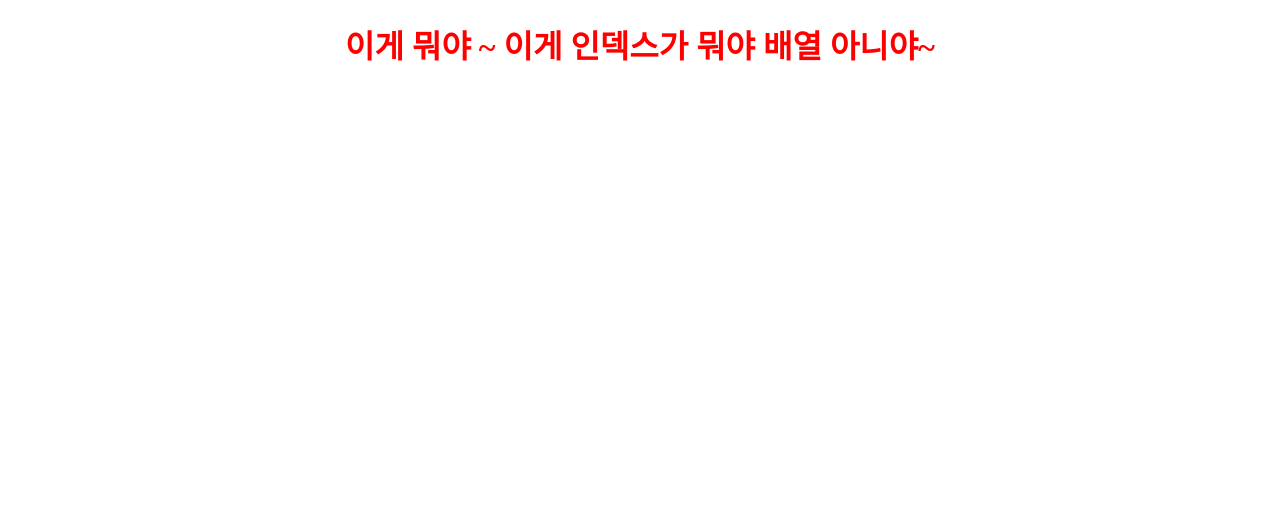
Repository: ajungeul93-rgb/09-22-server-workspace
Page: MyFirstWebProject/src/main/webapp/index.html
These files come from the project's save history. The page is drawn as it stood at one moment and after the next save; the edit follows.
The browser window is 1280 px wide. The pictures show the whole page.

Above is the page before, as saved 2025-09-22 07:10:27.

### MyFirstWebProject/src/main/webapp/index.html
<!DOCTYPE html>
<html>
<head>
<meta charset="UTF-8">
<title>안녕하세요 인 덱스 입니다.</title>
<style>
h1 {
	color: red;
	text-align: center;
}
</style>
</head>
<body>
	<!--
		1) 새로운 워크스페이스를 만들어서 이클립스로 열기

		2) 작업 환경 구성

			2_1) 보여질 U.I를 구성

			2_2) 서버 실행환경 구성[Window - Preferences]
			(Server - Runtime Environments)
			이클리스 상에서 서버를 실행 할 수 있도록 실행환경을 연동하는 과정

			(1) Add버튼 클릭
			(2) 설치한 ApacheTomcat과 동일한 버전 선택
			(3) Next버튼 클릭
			(4) Browser버튼 클릭
			(5) 설치한 톰캣 폴더 선택
			(6) Finish버튼 클릭

		3) 서버 생성하기

			3_1) [Servers] - [New] - [Server]

			3_2) 창에 기본적으로 2_2에서 세팅해놓은 Runtime이 잡혀 있음

			3_3) Finish버튼 클릭

			3_4) 서버 세팅하기(만들어진 서버 더블클릭)

				3_4_1) 왼쪽 하단에 ServerOption탭에 Serve Module Publishing 체크
				=> file upload / download 경로 지정이 운영체제 상 숨김폴더로 지정

				3_4_2) 포트번호를 바꿔야 한다면 재설정 => 작업이 끝나면 반드시 저장

		4) Dynamic Web Project만들기 [Project Explorer - new]

			4_1) 프로젝트명 신중하게 만들기 - Next

			4_2) Default output folder 경로 재설정 :
				src/main/webapp/WEB-INF/classes
				=> classes라는 폴더 안에 컴파일이 끝난 .class파일이 들어감
				WEB-INF안에 만들지 않으면 외부에서 접근이 가능하기 때문에 보안상 위험

			4_3) Context root : 애플리케이션만의 고유한 이름으로 지어줄 것(기본값 : 프로젝트명)
			재정의해서 쓰는것이 보편적이고 실제로 자주 바뀔수 있음
			=> 하나의 서버로 여러 개의 애플리케이션을 구동할 수 있음
			고유한 이름을 통해 애플리케이션에 접근하는 경로로 사용할수 있음

			Content Directory : 실제로 배포되는 폴더(서버에 올라가는 폴더)의 최상위 폴더명!
			=> 변경 시 default output folder로 돌아가서 그쪽도 변경해야함

			Generate web.xml deployment descriptor : 기본적으로는 체크가 안돼있음
			=> web.xml에는 애플리케이션 전체 정보가 들어있음(메인페이지 지정)
			굳이 바꿀 일 없어~ 하면은 안만들어도 무방
			혹시나 수정을 할 수도 있고 공부를 해야하니깐 꼭 만들자!

			Finish 버튼 클릭

		5) 새로 만들어진 Project 확인하기

			5_1) src - main - webapp - WEB-INF - classes폴더 잘있나

			5_2) src - main - webapp - WEB-INF - web.xml 잘있나

			5_3) src - main - webapp - index.html 파일 만들기

		6) 생성해놓은 Server에 올리기

			[Server] -> Server 오른쪽 클릭 -> Add and Remove -> 왼쪽에서 선택 후 클릭
			-> Finish

		7) 서버 실행 잘되는거 확인 했으면 브라우저에서 URL요청을 보내 index파일이 잘 나오나 확인
	 -->
	<h1>이게 뭐야 ~ 이게 인덱스가 뭐야 배열 아니야~</h1>
</body>
</html>

After the next save:
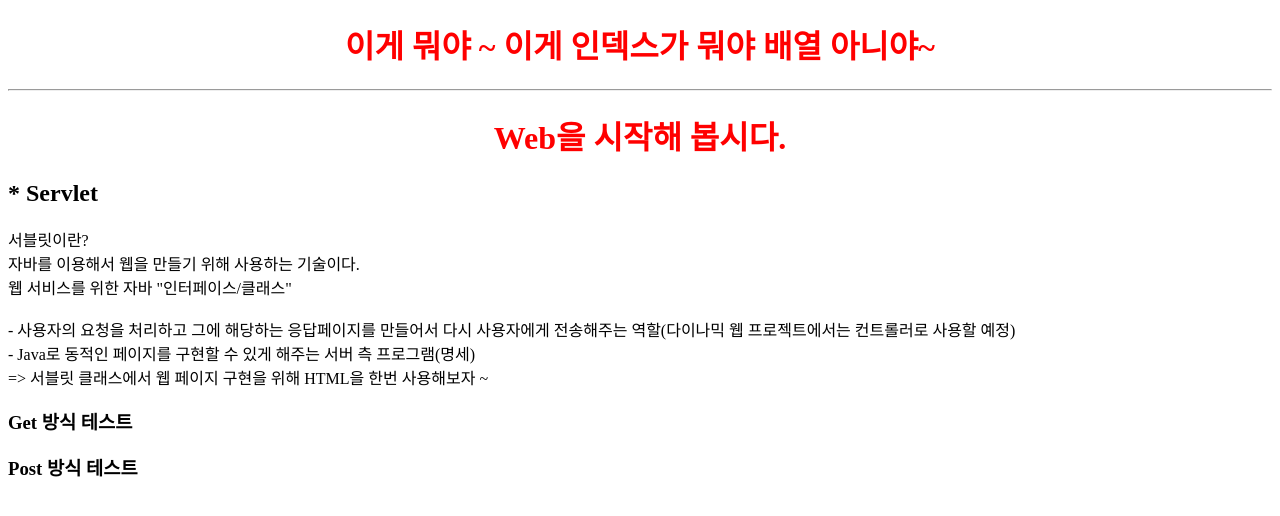
Saved 8 min 49 s later.
--- a/MyFirstWebProject/src/main/webapp/index.html
+++ b/MyFirstWebProject/src/main/webapp/index.html
@@ -84,5 +84,27 @@ h1 {
 		7) 서버 실행 잘되는거 확인 했으면 브라우저에서 URL요청을 보내 index파일이 잘 나오나 확인
 	 -->
 	<h1>이게 뭐야 ~ 이게 인덱스가 뭐야 배열 아니야~</h1>
+
+	<hr>
+
+	<h1>Web을 시작해 봅시다.</h1>
+
+	<h2> * Servlet </h2>
+
+	<p>
+		서블릿이란? <br>
+		자바를 이용해서 웹을 만들기 위해 사용하는 기술이다. <br>
+		웹 서비스를 위한 자바 "인터페이스/클래스" <br><br>
+
+		- 사용자의 요청을 처리하고 그에 해당하는 응답페이지를 만들어서
+		  다시 사용자에게 전송해주는 역할(다이나믹 웹 프로젝트에서는 컨트롤러로 사용할 예정) <br>
+		- Java로 동적인 페이지를 구현할 수 있게 해주는 서버 측 프로그램(명세) <br>
+
+		=> 서블릿 클래스에서 웹 페이지 구현을 위해 HTML을 한번 사용해보자 ~
+	</p>
+
+	<h3><a>Get 방식 테스트</a></h3>
+
+	<h3><a>Post 방식 테스트</a></h3>
 </body>
 </html>
